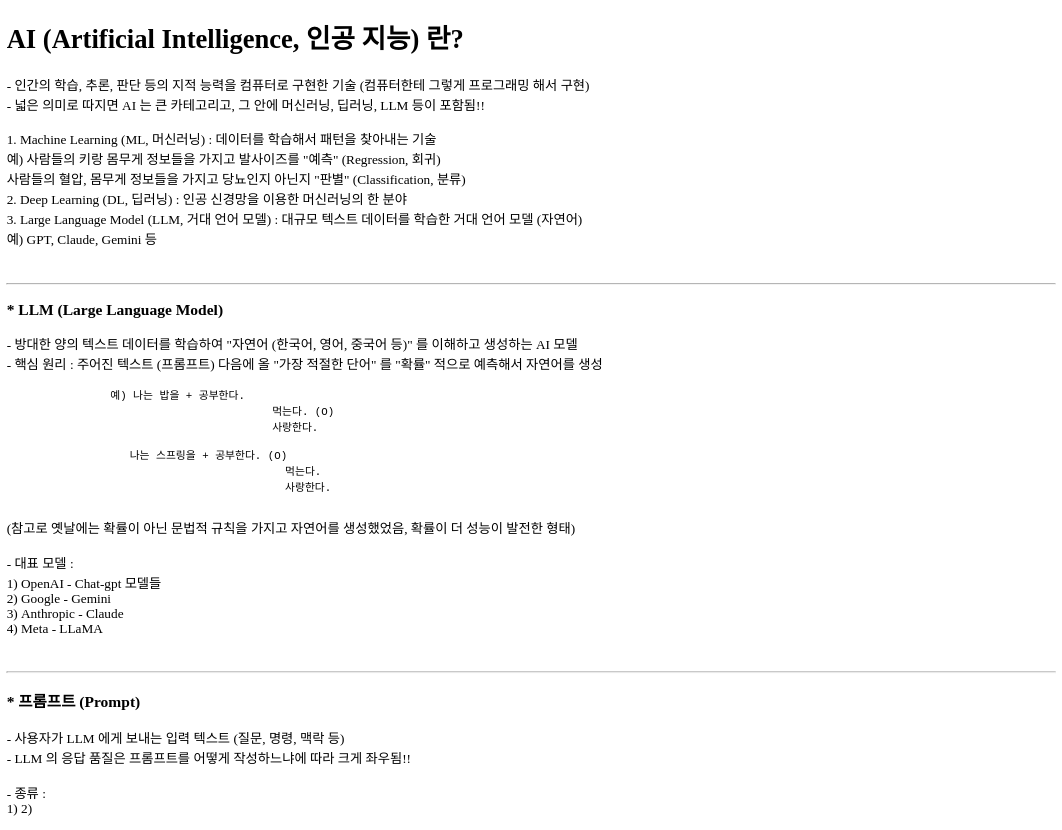
Repository: developerPKJ/10_AI-workspace
Page: http://localhost/AI_API_Project/WEB-INF/views/index.jsp
The author's editor kept a copy of each file at every save. The page is drawn from the files as they stood at one save, then again after the next save.
The browser window is 1280 px wide. The pictures show the whole page, at 83% of full size.
The page is served by Tomcat 9. Nobody is signed in. Other server files are loaded and not shown. The template is opened directly, without the code that normally fills it, so the values that code supplies are empty.

Above is the page before, as saved 2026-08-05 00:56:36.

### AI_API_Project/src/main/webapp/WEB-INF/views/index.jsp
<%@ page language="java" contentType="text/html; charset=UTF-8"
    pageEncoding="UTF-8"%>
<!DOCTYPE html>
<html>
<head>
<meta charset="UTF-8">
<title>Insert title here</title>
</head>
<body>

	<h1>AI (Artificial Intelligence, 인공 지능) 란?</h1>

	<p>
		- 인간의 학습, 추론, 판단 등의 지적 능력을 컴퓨터로 구현한 기술 (컴퓨터한테 그렇게 프로그래밍 해서 구현) <br>
		- 넓은 의미로 따지면 AI 는 큰 카테고리고, 그 안에 머신러닝, 딥러닝, LLM 등이 포함됨!! <br>

		<br>

		1. Machine Learning (ML, 머신러닝) : 데이터를 학습해서 패턴을 찾아내는 기술 <br>
		예) 사람들의 키랑 몸무게 정보들을 가지고 발사이즈를 "예측" (Regression, 회귀) <br>
		    사람들의 혈압, 몸무게 정보들을 가지고 당뇨인지 아닌지 "판별" (Classification, 분류) <br>

		2. Deep Learning (DL, 딥러닝) : 인공 신경망을 이용한 머신러닝의 한 분야 <br>

		3. Large Language Model (LLM, 거대 언어 모델) : 대규모 텍스트 데이터를 학습한 거대 언어 모델 (자연어) <br>
		예) GPT, Claude, Gemini 등
	</p>

	<br>
	<hr>

	<h3>* LLM (Large Language Model)</h3>

	<p>
		- 방대한 양의 텍스트 데이터를 학습하여 "자연어 (한국어, 영어, 중국어 등)" 를 이해하고 생성하는 AI 모델 <br>
		- 핵심 원리 : 주어진 텍스트 (프롬프트) 다음에 올 "가장 적절한 단어" 를 "확률" 적으로 예측해서 자연어를 생성 <br>
		<pre>
		예) 나는 밥을 + 공부한다.
					 먹는다. (O)
					 사랑한다.

		   나는 스프링을 + 공부한다. (O)
		   			   먹는다.
		   			   사랑한다.
		</pre>
		  (참고로 옛날에는 확률이 아닌 문법적 규칙을 가지고 자연어를 생성했었음, 확률이 더 성능이 발전한 형태) <br>

		<br>

		- 대표 모델 : <br>
		1) OpenAI - Chat-gpt 모델들 <br>
		2) Google - Gemini <br>
		3) Anthropic - Claude <br>
		4) Meta - LLaMA
	</p>

	<br>
	<hr>

	<h3>* 프롬프트 (Prompt)</h3>

	<p>
		- 사용자가 LLM 에게 보내는 입력 텍스트 (질문, 명령, 맥락 등) <br>
		- LLM 의 응답 품질은 프롬프트를 어떻게 작성하느냐에 따라 크게 좌우됨!! <br>

		<br>
		- 종류 : <br>
		1)
		2)

	</p>




</body>
</html>

After the next save:
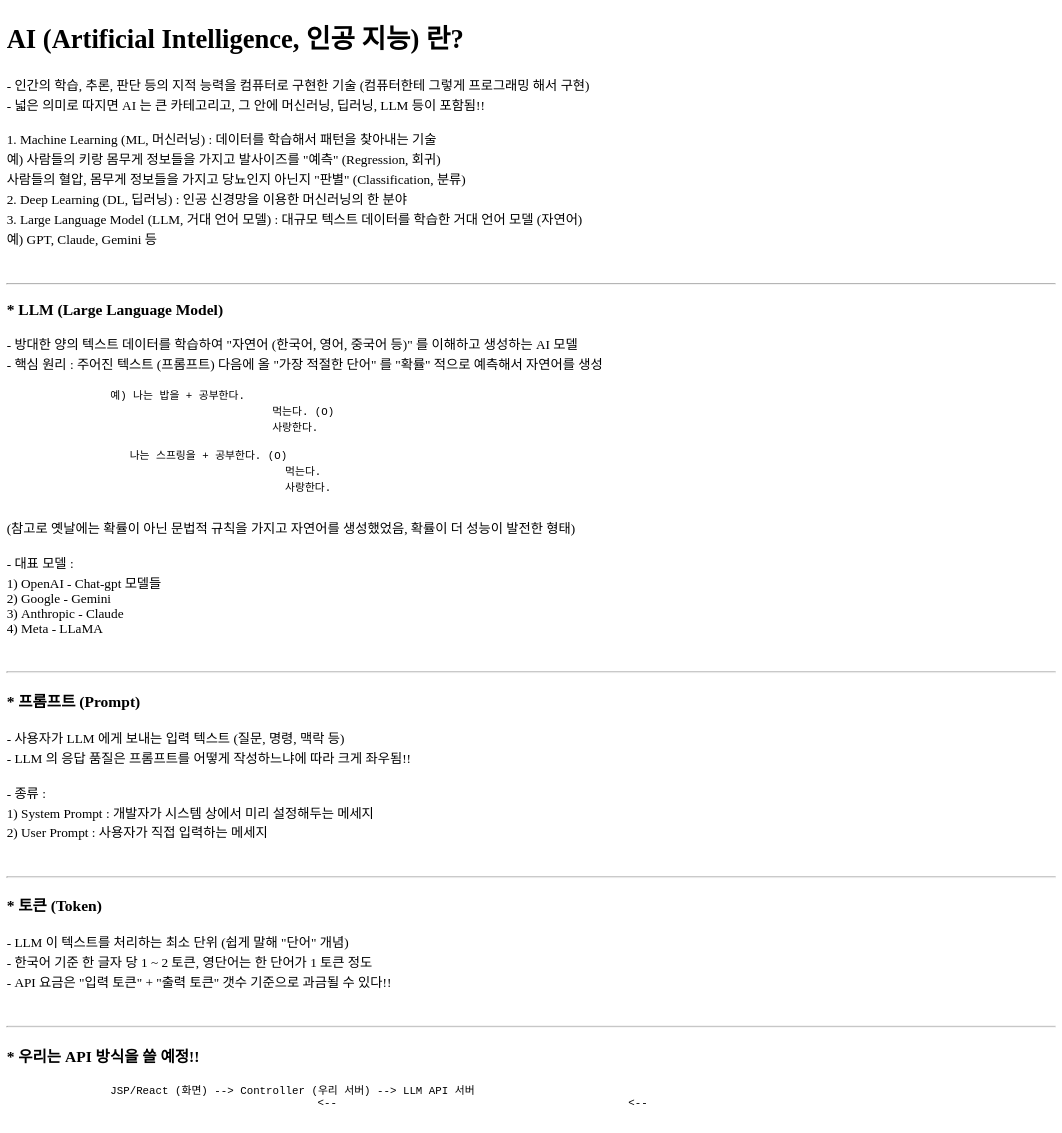
Saved 14 min 0 s later.
--- a/AI_API_Project/src/main/webapp/WEB-INF/views/index.jsp
+++ b/AI_API_Project/src/main/webapp/WEB-INF/views/index.jsp
@@ -65,12 +65,30 @@
 
 		<br>
 		- 종류 : <br>
-		1)
-		2)
-
+		1) System Prompt : 개발자가 시스템 상에서 미리 설정해두는 메세지 <br>
+		2) User Prompt : 사용자가 직접 입력하는 메세지
 	</p>
 
+	<br>
+	<hr>
 
+	<h3>* 토큰 (Token)</h3>
+
+	<p>
+		- LLM 이 텍스트를 처리하는 최소 단위 (쉽게 말해 "단어" 개념) <br>
+		- 한국어 기준 한 글자 당 1 ~ 2 토큰, 영단어는 한 단어가 1 토큰 정도 <br>
+		- API 요금은 "입력 토큰" + "출력 토큰" 갯수 기준으로 과금될 수 있다!!
+	</p>
+
+	<br>
+	<hr>
+
+	<h3>* 우리는 API 방식을 쓸 예정!!</h3>
+
+	<pre>
+		JSP/React (화면) --> Controller (우리 서버) --> LLM API 서버
+						<--						<--
+	</pre>
 
 
 </body>
